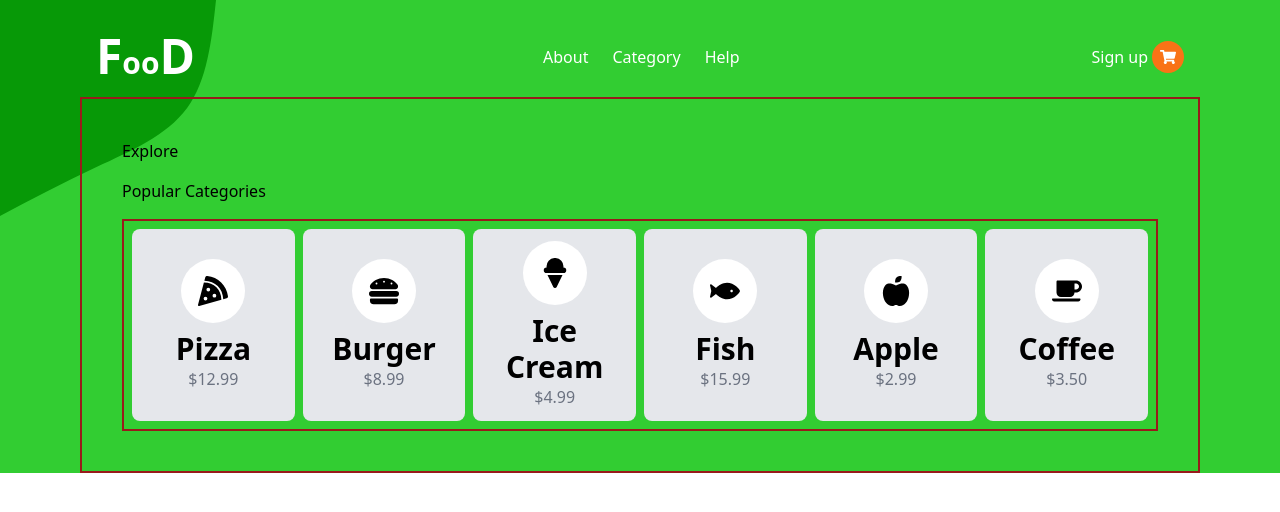
Repository: KhushiCode14/FoodWeb
Page: /category (app in frontend/)
The author's editor kept a copy of each file at every save. The page is drawn from the files as they stood at one save, then again after the next save.
The browser window is 1280 px wide. The pictures show the whole page.
The project was rebuilt for these pictures with package versions that can differ from the ones it lists, and the page was loaded fresh each time. Also part of the build but not shown: frontend/src/Pages/Home.tsx, frontend/src/components/Home/SignUp.tsx, frontend/src/components/Home/SignIn.tsx, frontend/src/components/Home/Cart.tsx.

Above is the page before, as saved 2024-09-24 12:20:44.

After the next save:
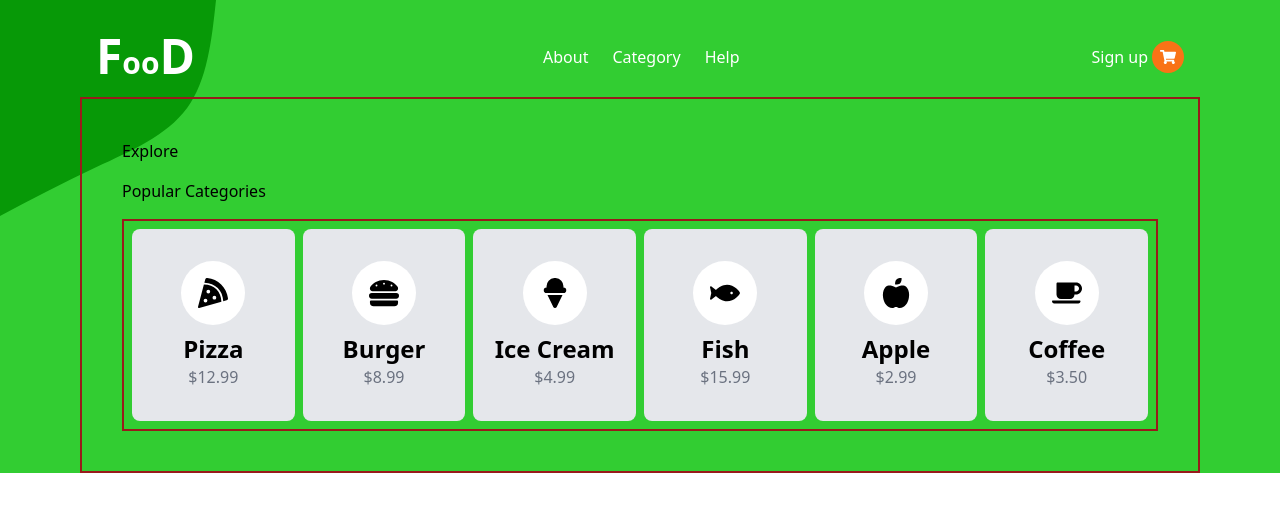
Saved 5 s later.
--- a/frontend/src/components/categories/Card.tsx
+++ b/frontend/src/components/categories/Card.tsx
@@ -70,7 +70,7 @@ const Card: React.FC = () => {
       <div className="icon rounded-full bg-white p-2 flex items-center justify-center w-16 h-16 text-3xl">
         {item.icon}
       </div>
-      <h3 className="mt-2 text-center font-bold text-3xl">{item.name}</h3>
+      <h3 className="mt-2 text-center font-bold text-2xl">{item.name}</h3>
       <p className="text-center text-gray-500">${item.price.toFixed(2)}</p>
     </div>
 
